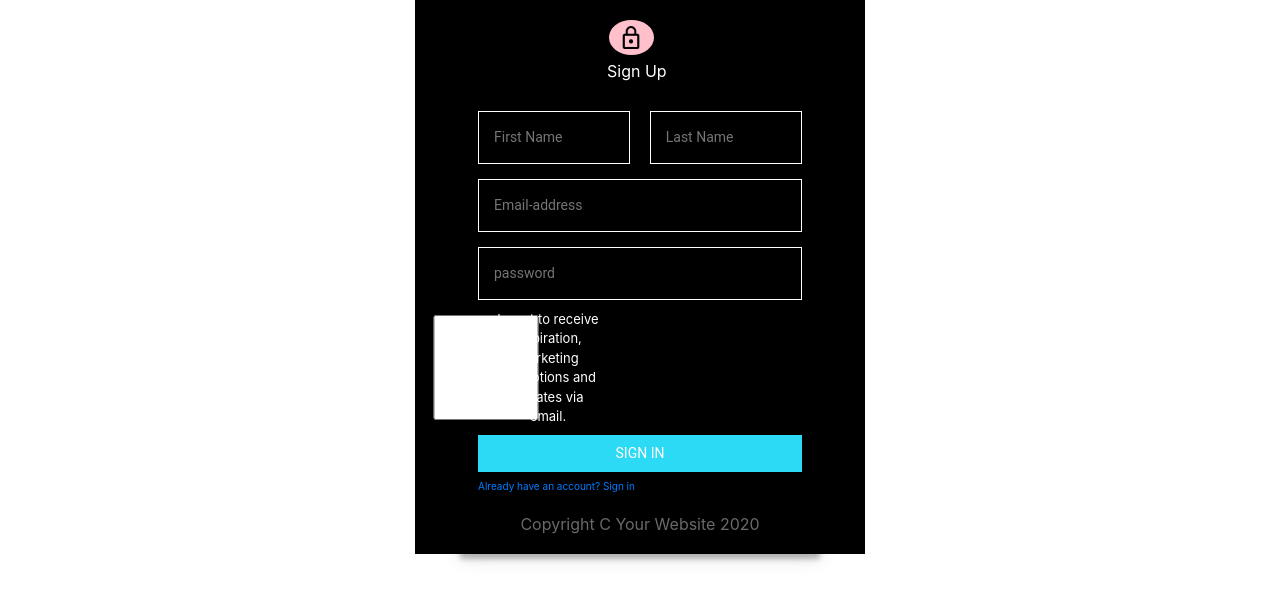
Repository: andbilous/cursor-styled-components
Page: /sign-up
These files come from the project's save history. The page is drawn as it stood at one moment and after the next save; the edit follows.
The browser window is 1280 px wide. The pictures show the whole page.
The project was rebuilt for these pictures with package versions that can differ from the ones it lists, and the page was loaded fresh each time. Also part of the build but not shown: src/App.css, src/components/SignInForm.jsx.

Above is the page before, as saved 2020-04-19 16:51:33.

After the next save:
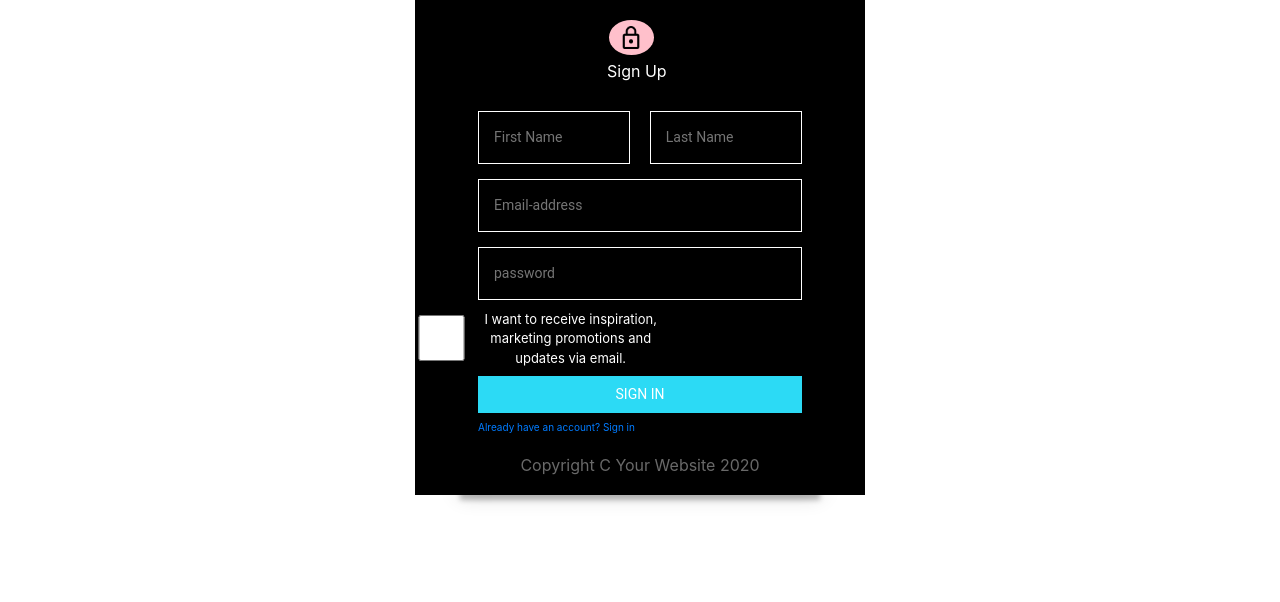
Saved 3 min 56 s later.
--- a/src/components/SignUpForm.jsx
+++ b/src/components/SignUpForm.jsx
@@ -136,9 +136,9 @@ img{
 .label-remember{
   display: inline-block;
   margin-bottom: .5rem;
-  transform: translateX(-200px);
-  font-size: 13px;
-  width: 50%;
+  transform: translateX(-133px);
+    font-size: 13px;
+    width: 500px;
   margin-top: -5px;
 }
 footer{
